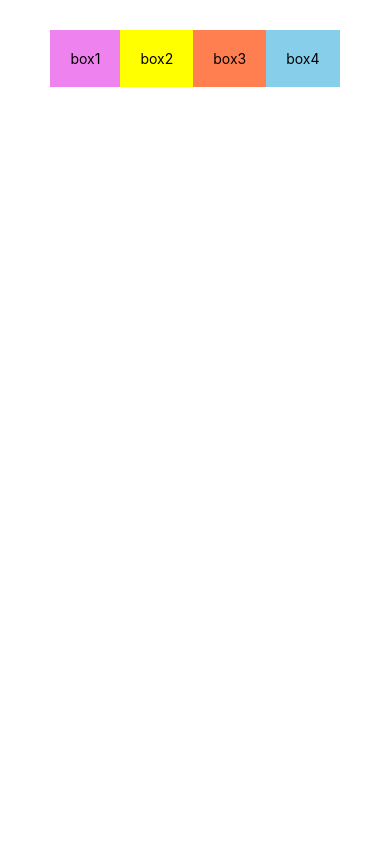
Repository: shiv0403/React-native-tutorial
Screen: /
The author's editor kept a copy of each file at every save. The screen is drawn from the files as they stood at one save, then again after the next save.
The app was drawn by React Native's web renderer in a window 390 px wide. The project was rebuilt for these pictures with package versions that can differ from the ones it lists, and the page was loaded fresh each time. Also part of the build but not shown: components/AddTodo.js, components/Header.js, components/TodoItem.js.

Above is the screen before, as saved 2021-02-11 11:24:01.

After the next save:
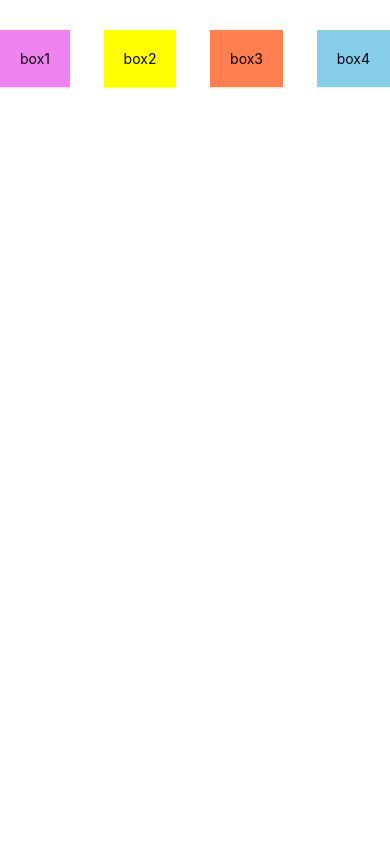
Saved 23 s later.
--- a/components/Flex.js
+++ b/components/Flex.js
@@ -16,7 +16,7 @@ const styles = StyleSheet.create({
   flex: {
     display: "flex",
     flexDirection: "row",
-    justifyContent: "center",
+    justifyContent: "space-between",
     marginTop: 30,
   },
   box1: {
